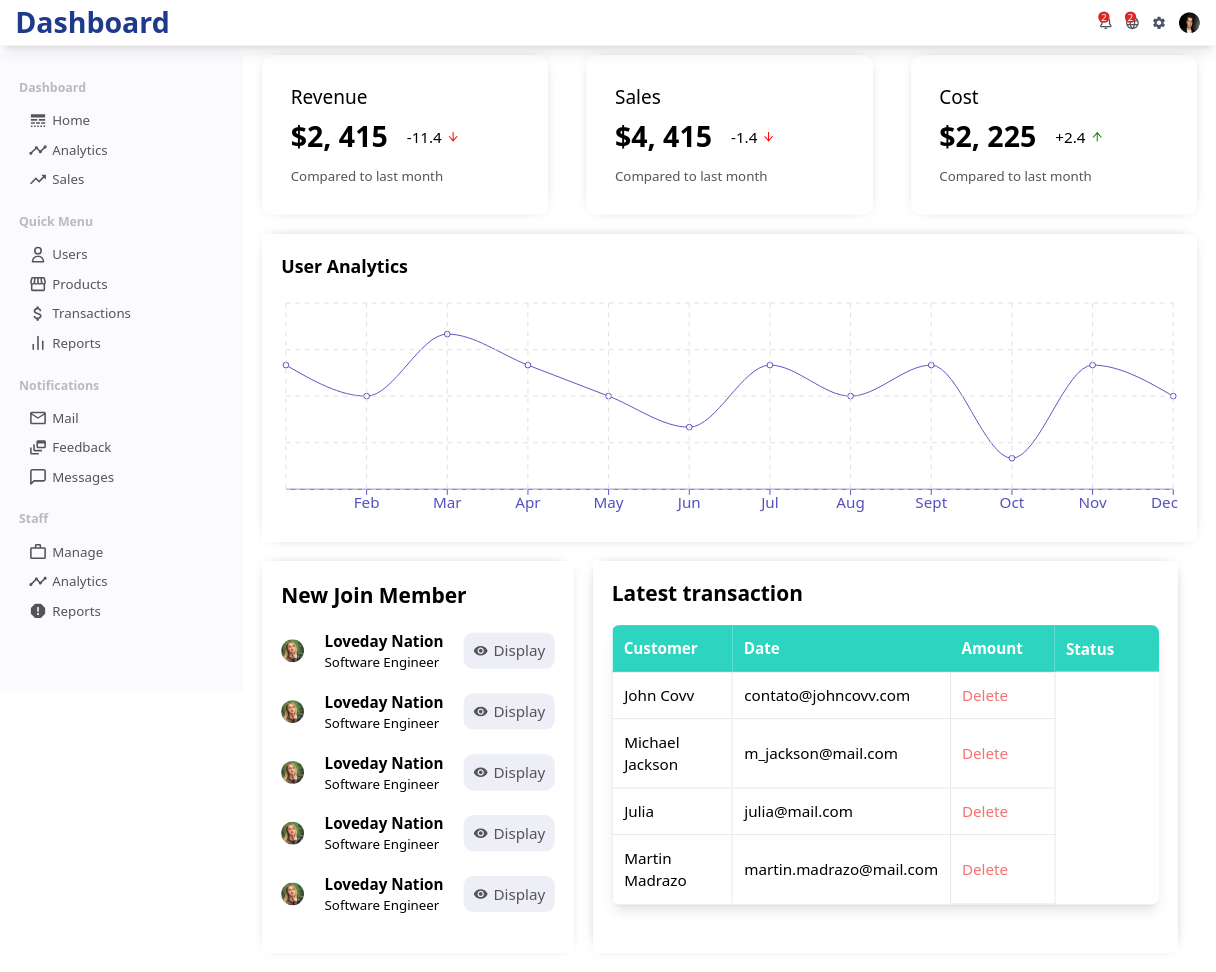
Repository: nation430/React-AdminDashboard
Page: /
These files come from the project's save history. The page is drawn as it stood at one moment and after the next save; the edit follows.
The browser window is 1280 px wide. The pictures show the whole page, at 95% of full size.
The project was rebuilt for these pictures with package versions that can differ from the ones it lists, and the page was loaded fresh each time.

Above is the page before, as saved 2022-08-22 13:46:18.

After the next save:
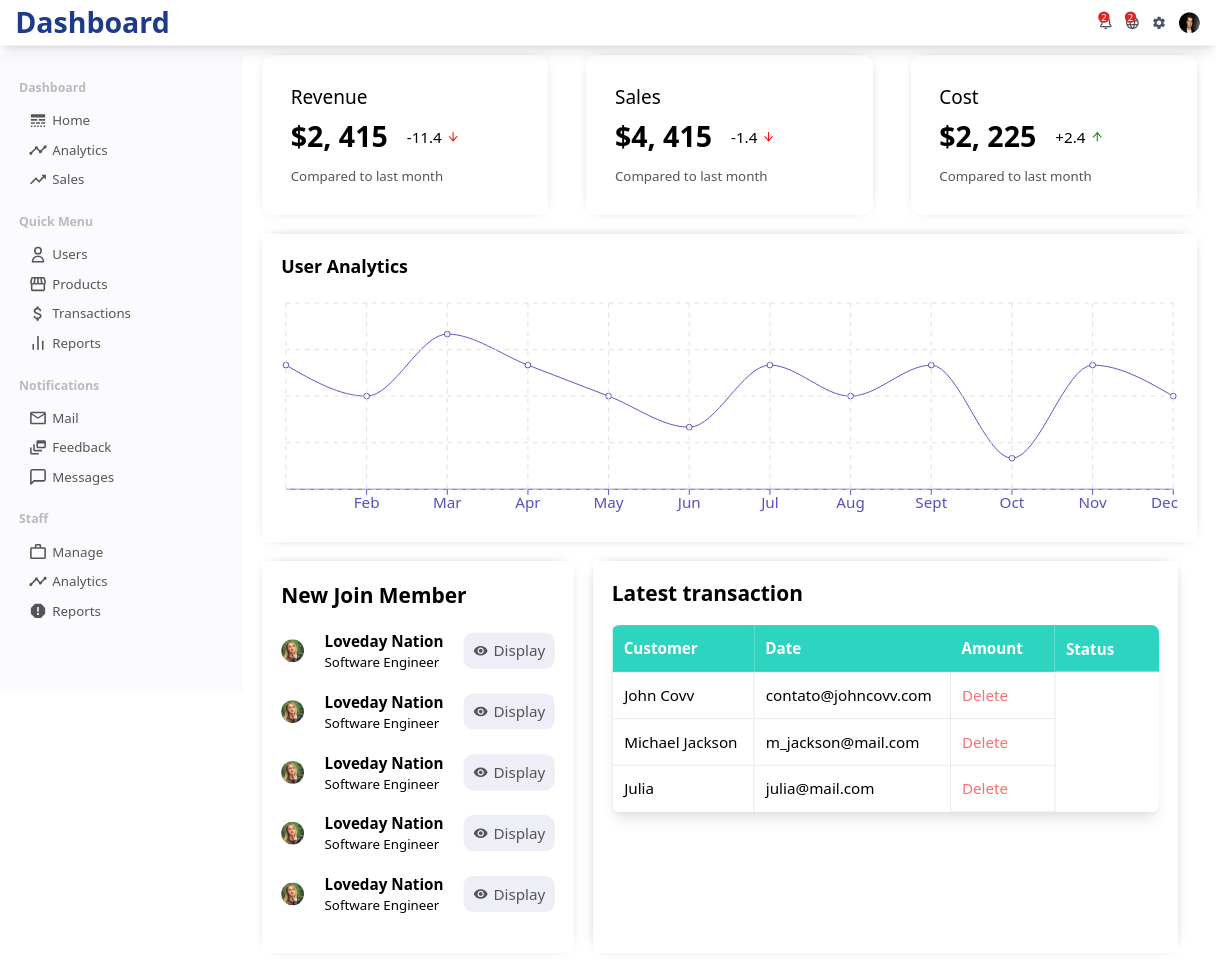
Saved 23 s later.
--- a/src/widgetLg/WidgetLg.jsx
+++ b/src/widgetLg/WidgetLg.jsx
@@ -54,11 +54,7 @@ export default function widgetLg(){
                     <td class="border-grey-light border hover:bg-gray-100 p-3 truncate">julia@mail.com</td>
                     <td class="border-grey-light border hover:bg-gray-100 p-3 text-red-400 hover:text-red-600 hover:font-medium cursor-pointer">Delete</td>
                 </tr>
-                <tr class="flex flex-col flex-no wrap sm:table-row mb-2 sm:mb-0">
-                  <td class="border-grey-light border hover:bg-gray-100 p-3">Martin Madrazo</td>
-                  <td class="border-grey-light border hover:bg-gray-100 p-3 truncate">martin.madrazo@mail.com</td>
-                  <td class="border-grey-light border hover:bg-gray-100 p-3 text-red-400 hover:text-red-600 hover:font-medium cursor-pointer">Delete</td>
-                </tr>
+
 			</tbody>
 		</table>
             </div>
